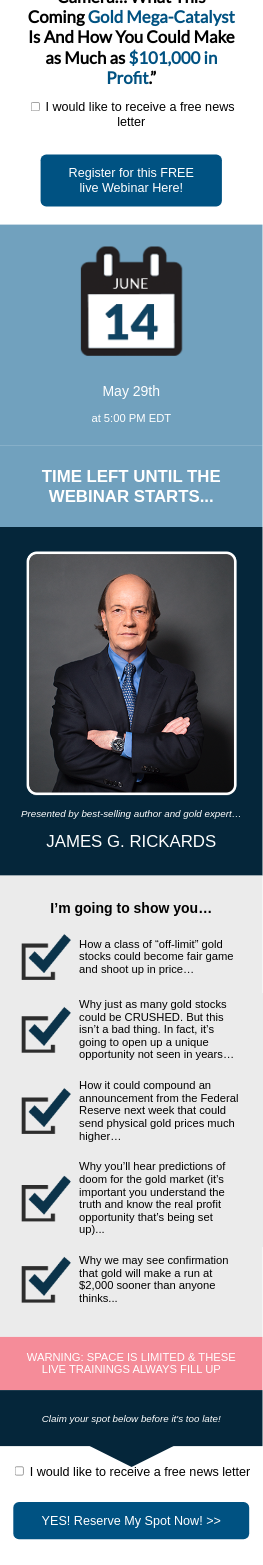
Repository: KrystellBarraza/Test
Page: index.html
The author's editor kept a copy of each file at every save. The page is drawn from the files as they stood at one save, then again after the next save.
The browser window is 375 px wide. The pictures show the part of the page from y = 397 to 2637 px (the page is 2632 px tall before and 2637 px after), at 70% of full size.

Above is the page before, as saved 2019-10-07 11:55:16.

### index.html
<!DOCTYPE <!DOCTYPE html>
<!--[if lt IE 7]>      <html class="no-js lt-ie9 lt-ie8 lt-ie7"> <![endif]-->
<!--[if IE 7]>         <html class="no-js lt-ie9 lt-ie8"> <![endif]-->
<!--[if IE 8]>         <html class="no-js lt-ie9"> <![endif]-->
<!--[if gt IE 8]><!--> <html class="no-js"> <!--<![endif]-->
    <head>
        <meta charset="utf-8">
        <meta http-equiv="X-UA-Compatible" content="IE=edge">
        <title>Newsletter Offer</title>
        <meta name="description" content="Newsletter">
        <meta name="viewport" content="width=device-width, initial-scale=1">
        <link href="https://fonts.googleapis.com/css?family=Lato&display=swap" rel="stylesheet">
        <link rel="stylesheet" href="style.css">
    </head>
    <body>
        <div class="container-top">
            <div class="header">
                <p>Best-Selling Author and Gold Expert<br> Jim Rickards’ Presents…</p>
            </div>

            <div class="content">
                <hr style="border: 2px solid #005282">
                <br>

                <h1>“In just days a Never-Before- Seen Gold Anomaly
                    Will Create a Totally New Class of Penny Gold Stocks...
                    <br>
                    <br>
                    I’ve Enlisted One of the World’s Top Geologists
                    to Help Me Reveal... Live on Camera… What This<br>
                    Coming <span class="highlight">Gold Mega-Catalyst</span> Is And How You Could Make
                    as Much as <span class="highlight">$101,000 in Profit</span>.”
                </h1>
                <br>

                <input type="checkbox" name="signup" value="yes"><span style="font-size: 18px; font-family: arial, sans-serif;"> I would like to receive a free news letter</span><br>
                <br>
                <br>
                <div class="button-container">
                    <button class="button button-top"><span style="font-size: 18px; font-family: arial, sans-serif; font-weight: 500;">Register for this FREE <br>live Webinar Here!</span></button>
                </div>
            </div>
        </div>

        <div class="container-middle">
            <div class="blocks blocks-left">
                <img src="images/Calendar.png">
                <br>
                <br>
                <br>
                <p style="color: #fff; font-weight: 500;" class="date">May 29th</p>
                <br>
                <span class="time">at 5:00 PM EDT</span>
            </div>

            <div class="blocks blocks-right">
                <p style="color: #fff;" class="webinar">TIME LEFT UNTIL THE WEBINAR STARTS...</p>
            </div>
        </div>

        <div class="container-bottom">
            <div class="block-left">
                <img src="images/JimRickards.png">
                <br>
                <br>
                <p style="color: #fff; font-size: 14px; font-style: italic;">Presented by best-selling author and gold expert…</p>
                <br>
                <p style="color: #fff; font-size: 24px;">JAMES G. RICKARDS</p>
            </div>

            <div class="block-right">
                <p style="text-align: center; font-weight: bold;">I’m going to show you…</p>

                <table>
                    <tr>
                        <td><img src="images/checkmark.png"></td>
                        <td><p style="font-size: 16px;">How a class of “off-limit” gold stocks could become fair game and shoot up in price…</p></td>
                    </tr>

                    <tr>
                        <td><img src="images/checkmark.png"></td>
                        <td><p style="font-size: 16px;">Why just as many gold stocks could be CRUSHED. But this isn’t a bad thing.
                        In fact, it’s going to open up a unique opportunity not seen in years…</p></td>
                    </tr>

                    <tr>
                        <td><img src="images/checkmark.png"></td>
                        <td><p style="font-size: 16px;">How it could compound an announcement from the Federal Reserve next week
                        that could send physical gold prices much higher…</p></td>
                    </tr>

                    <tr>
                        <td><img src="images/checkmark.png"></td>
                        <td><p style="font-size: 16px;">Why you’ll hear predictions of doom for the gold market (it’s important you
                        understand the truth and know the real profit opportunity that’s being set up)...</p></td>
                    </tr>

                    <tr>
                        <td><img src="images/checkmark.png"></td>
                        <td><p style="font-size: 16px;">Why we may see confirmation that gold will make a run at $2,000 sooner than
                        anyone thinks...</p></td>
                    </tr>
                </table>
            </div>

        </div>

        <div class="container-footer">
            <div class="warning">
                <img src="images/exclamation.png" class="exclamation-mark"/>
                <p style="color: #fff; font-size: 16px;" class="warning-text">WARNING: SPACE IS LIMITED & THESE LIVE TRAININGS ALWAYS FILL UP</p>
            </div>

            <div class="claim">
                <p style="color: #fff; font-size: 14px; font-style: italic;">Claim your spot below before it's too late!</p>
            </div>

            <div class="checkbox">
                <input type="checkbox" name="signup" value="yes"><span style="font-size: 18px; font-family: arial, sans-serif;"> I would like to receive a free news letter</span><br>
            </div>

            <div class="closing-button">
                <button class="button button-top"><span style="font-size: 18px; font-family: arial, sans-serif; font-weight: 500;">YES! Reserve My Spot Now! >></span></button>
            </div>

            <div class="footer">
                <br>
                <br>
            </div>
        </div>

        <script src="app.js" async defer></script>
    </body>
</html>

### style.css
* {
    box-sizing: border-box;
}

html {
    scroll-behavior: smooth;
}

body {
    margin: 0;
    background-color: #fff;
}

p {
    font-family: arial, sans-serif;
    color: #000;
    margin: 0;
    font-size: 18px;
}

h1 {
    font-family: "Lato", sans-serif;
    margin: 0;
}

/* Container - Top */

.container-top {
    display: grid;
    grid-template-columns: repeat(12, 1fr);
    grid-template-rows: auto 1fr 1fr;
    grid-gap: 5px;
    grid-column-gap: 20px;
    padding-left: 24%;
    padding-right: 24%;
    padding-top: 2%;
    grid-template-areas:
    "h h h h h h h h h h h h"
    "c c c c c c c c c c c c"
    "c c c c c c c c c c c c"
    "c c c c c c c c c c c c"
    "c c c c c c c c c c c c"
    "c c c c c c c c c c c c"
    "c c c c c c c c c c c c";
}

.header {
    grid-area: h;
    text-align: center;
    line-height: 19pt;
}

.content {
    grid-area: c;
    text-align: center;
}

.highlight {
    color: #005282;
}

.button {
    background-color: #005282;
    border: none;
    color: #fff;
    padding-top: 16px;
    padding-bottom: 16px;
    padding-left: 120px;
    padding-right: 120px;
    border-radius: 8px;
}

.button-container {
    align-content: center;
}

@media screen and (max-width: 415px) {
    .container-top {
        display: grid;
        grid-template-columns: repeat(12, 1fr);
        grid-template-rows: auto 1fr 1fr;
        grid-gap: 5px;
        grid-column-gap: 20px;
        padding-left: 8%;
        padding-right: 8%;
        padding-top: 7%;
        grid-template-areas:
        "h h h h h h h h h h h h"
        "c c c c c c c c c c c c"
        "c c c c c c c c c c c c"
        "c c c c c c c c c c c c"
        "c c c c c c c c c c c c"
        "c c c c c c c c c c c c"
        "c c c c c c c c c c c c";
    }

    p {
        font-size: 15px;
    }

    h1 {
        font-size: 24px;
    }

    .button {
        padding-left: 40px;
        padding-right: 40px;
    }
}

/* Container - Middle */

.container-middle {
    display: grid;
    grid-template-columns: repeat(12, 1fr);
    grid-template-rows: auto 1fr 1fr;
    grid-gap: 5px;
    grid-column-gap: 20px;
    padding-left: 20%;
    padding-right: 20%;
    padding-top: 2%;
    grid-template-areas:
    "l l l l r r r r r r r r"
    "l l l l r r r r r r r r"
    "l l l l r r r r r r r r"
    "l l l l r r r r r r r r"
    "l l l l r r r r r r r r";
}

.blocks {
    background-color: #71a1be;
    color: #fff;
    padding-top: 30px;
    padding-bottom: 30px;
}

.blocks-left {
    grid-area: l;
    text-align: center;
}

.blocks-left > img {
    object-fit: contain;
    width: 40%;
}

.blocks-right {
    grid-area: r;
    text-align: center;
}

.time {
    font-size: 10px!important;
    font-family: arial, sans-serif;
}

@media screen and (max-width: 415px) {
    .container-middle {
        display: grid;
        grid-template-columns: repeat(12, 1fr);
        grid-template-rows: auto 1fr 1fr;
        grid-gap: 0;
        grid-column-gap: 20px;
        padding-left: 0%;
        padding-right: 0%;
        padding-top: 7%;
        grid-template-areas:
        "l l l l l l l l l l l l"
        "l l l l l l l l l l l l"
        "l l l l l l l l l l l l"
        "l l l l l l l l l l l l"
        "l l l l l l l l l l l l"
        "r r r r r r r r r r r r"
        "r r r r r r r r r r r r"
        "r r r r r r r r r r r r"
        "r r r r r r r r r r r r"
        "r r r r r r r r r r r r";
    }

    p {
        font-size: 20px;
    }

    .time {
        font-size: 16px!important;
    }

    .webinar {
        padding-left: 20px;
        padding-right: 20px;
        font-weight: 600;
        font-size: 24px;
    }
}

/* Container - Bottom */

.container-bottom {
    display: grid;
    grid-template-columns: repeat(13, 1fr);
    grid-template-rows: auto 1fr 1fr;
    grid-gap: 5px;
    grid-column-gap: 0px;
    padding-left: 20%;
    padding-right: 20%;
    padding-top: 2%;
    grid-template-areas:
    "b b b b b b g g g g g g g"
    "b b b b b b g g g g g g g"
    "b b b b b b g g g g g g g"
    "b b b b b b g g g g g g g"
    "b b b b b b g g g g g g g";
}

.block-left {
    grid-area: b;
    background-color: #05263a;
    text-align: center;
    padding-top: 35px;
    padding-bottom: 35px;
}

.block-left > img {
    object-fit: contain;
    width: 80%;
}

.block-right {
    grid-area: g;
    background-color: #ebebeb;
    color: #000;
    padding-top: 35px;
    padding-bottom: 35px;
    padding-left: 20px;
    padding-right: 20px;
}

td {
    padding-top: 15px;
}

table {
    border-spacing: 10px 10px;
}

@media screen and (max-width: 414px) {
    .container-bottom {
        display: grid;
        grid-template-columns: repeat(8, 1fr);
        grid-template-rows: auto 1fr 1fr;
        grid-gap: 0;
        grid-column-gap: 20px;
        padding: 0;
        grid-template-areas:
        "b b b b b b b b"
        "b b b b b b b b"
        "b b b b b b b b"
        "b b b b b b b b"
        "b b b b b b b b"
        "g g g g g g g g"
        "g g g g g g g g"
        "g g g g g g g g"
        "g g g g g g g g"
        "g g g g g g g g";
    }
}

/* Container - Footer */

.container-footer {
    display: grid;
    grid-template-columns: repeat(12, 1fr);
    grid-template-rows: auto 1fr 1fr;
    grid-column-gap: 20px;
    padding-left: 20%;
    padding-right: 20%;
    padding-top: 2%;
    grid-template-areas:
    "p p p p p p p p p p p p"
    "n n n n n n n n n n n n"
    "w w w w w w w w w w w w"
    "s s s s s s s s s s s s"
    "f f f f f f f f f f f f";
}

.warning {
    grid-area: p;
    background-color: #f58c99;
    text-align: center;
    align-content: center;
    padding-left: 60px;
    padding-right: 60px;
    display: flex;
}

.exclamation-mark {
    width: 45px;
    height: 45px;
    margin: 6px;
}

.warning-text {
    padding-top: 20px;
    padding-left: 25px;
    padding-bottom: 20px;
}

.claim {
    grid-area: n;
    background-color: #05263a;
    text-align: center;
    padding-top: 32px;
    padding-bottom: 32px;
    position: relative;
}

.claim::after {
    content:'';
    position: absolute;
    top: 100%;
    left: 0;
    right: 0;
    margin: 0 auto;
    width: 0;
    height: 0;
    border-top: solid 30px #05263a;
    border-left: solid 60px transparent;
    border-right: solid 60px transparent;
}

.checkbox {
    grid-area: w;
    text-align: center;
    padding-top: 26px;
    padding-bottom: 26px;
}

.closing-button {
    grid-area: s;
    text-align: center;
}

.footer {
    grid-area: f;
}

@media screen and (max-width: 414px) {
    .container-footer {
        display: grid;
        grid-template-columns: repeat(12, 1fr);
        grid-template-rows: auto 1fr 1fr;
        grid-column-gap: 20px;
        padding: 0;
        grid-template-areas:
        "p p p p p p p p p p p p"
        "n n n n n n n n n n n n"
        "w w w w w w w w w w w w"
        "s s s s s s s s s s s s"
        "f f f f f f f f f f f f"
        "f f f f f f f f f f f f"
        "f f f f f f f f f f f f";
    }

    .exclamation-mark {
        display: none;
    }

    .warning {
        padding-left: 20px;
        padding-right: 20px;
    }

    .warning-text {
        padding-left: 0;
    }
}

Loaded but not shown: app.js (no stored copy; drawn as an empty file)

After the next save:
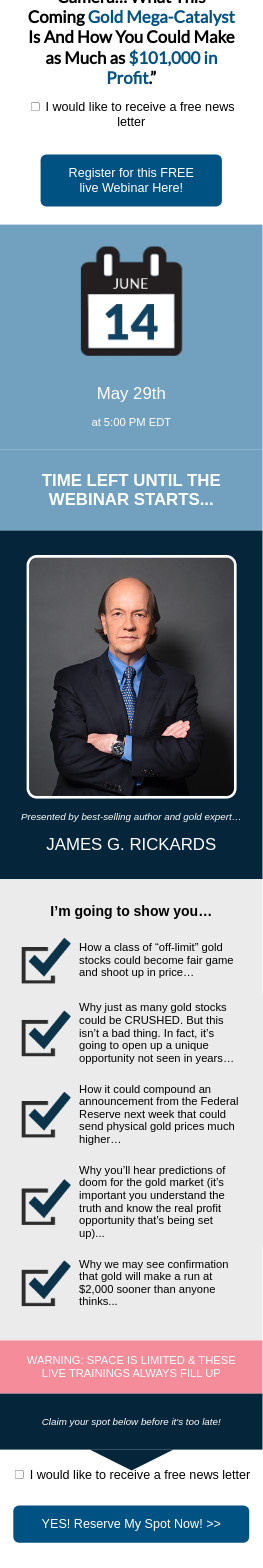
Saved 32 s later.
--- a/style.css
+++ b/style.css
@@ -191,6 +191,11 @@
         font-weight: 600;
         font-size: 24px;
     }
+
+    .date {
+        font-weight: 600;
+        font-size: 24px;
+    }
 }
 
 /* Container - Bottom */
